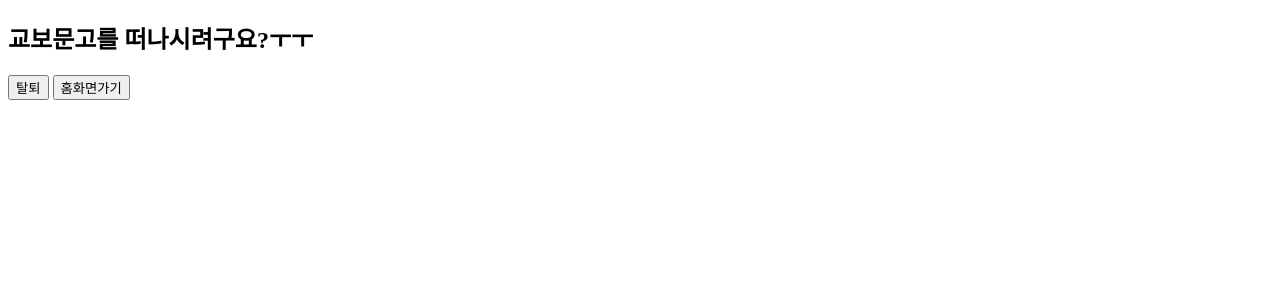
Repository: Yundanbi/Kyobo
Page: http://localhost/kyobo/member/deactvation.jsp
These files come from the project's save history. The page is drawn as it stood at one moment and after the next save; the edit follows.
The browser window is 1280 px wide. The pictures show the whole page.
The page is served by Tomcat 9. Other server files are loaded and not shown.

Above is the page before, as saved 2025-06-17 04:00:15.

### kyobo/src/main/webapp/member/deactvation.jsp
<%@ page language="java" contentType="text/html; charset=UTF-8"
pageEncoding="UTF-8"%>
<!DOCTYPE html>
<html>
<head>
<meta charset="UTF-8">
<title>회원탈퇴</title>
</head>
<body>
<form method="get" action="delete.do">
<h2>교보문고를 떠나시려구요?ㅜㅜ</h2>
<input type="submit" value="탈퇴">
<input type="button" value="홈화면가기" onclick="location.href='/kyobo/index.jsp'">
</form>

</body>
</html>

After the next save:
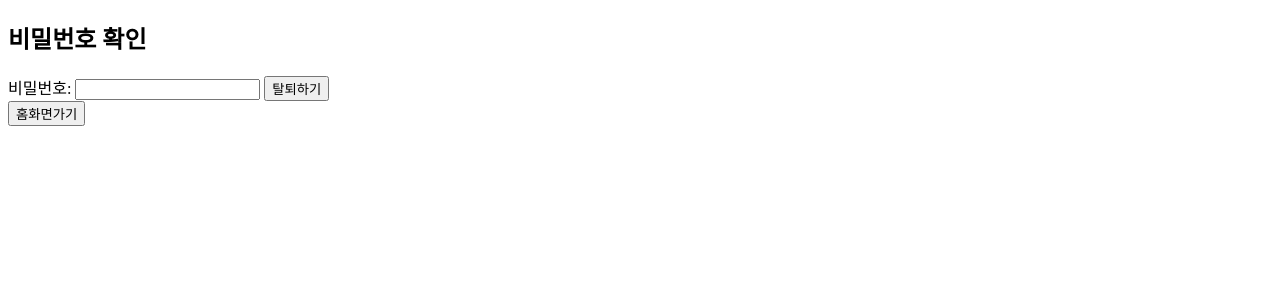
Saved 3 min 22 s later.
--- a/kyobo/src/main/webapp/member/deactvation.jsp
+++ b/kyobo/src/main/webapp/member/deactvation.jsp
@@ -1,5 +1,8 @@
 <%@ page language="java" contentType="text/html; charset=UTF-8"
 pageEncoding="UTF-8"%>
+<%
+    String path = request.getContextPath();
+%>
 <!DOCTYPE html>
 <html>
 <head>
@@ -8,8 +11,14 @@
 </head>
 <body>
 <form method="get" action="delete.do">
-<h2>교보문고를 떠나시려구요?ㅜㅜ</h2>
-<input type="submit" value="탈퇴">
+<h2>비밀번호 확인</h2>
+<c:if test="${not empty message}">
+  <p style="color:red;">${message}</p>
+</c:if>
+<form method="post" action="<%= path %>/withdraw.do">
+  비밀번호: <input type="password" name="pwd" required />
+  <input type="submit" value="탈퇴하기" />
+</form>
 <input type="button" value="홈화면가기" onclick="location.href='/kyobo/index.jsp'">
 </form>
 

After the 2 saves that followed:
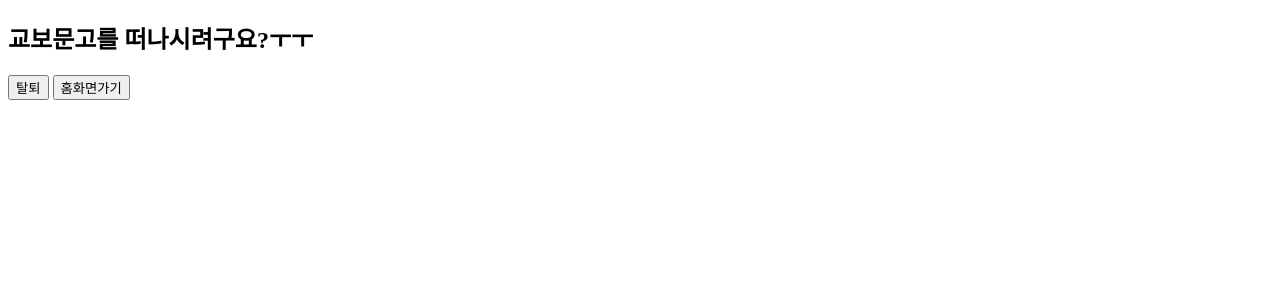
The 2 saves are shown as one change because 1 left the picture as it was.
The last was saved 2 min 37 s later.
--- a/kyobo/src/main/webapp/member/deactvation.jsp
+++ b/kyobo/src/main/webapp/member/deactvation.jsp
@@ -1,8 +1,5 @@
 <%@ page language="java" contentType="text/html; charset=UTF-8"
 pageEncoding="UTF-8"%>
-<%
-    String path = request.getContextPath();
-%>
 <!DOCTYPE html>
 <html>
 <head>
@@ -11,14 +8,8 @@
 </head>
 <body>
 <form method="get" action="delete.do">
-<h2>비밀번호 확인</h2>
-<c:if test="${not empty message}">
-  <p style="color:red;">${message}</p>
-</c:if>
-<form method="post" action="<%= path %>/withdraw.do">
-  비밀번호: <input type="password" name="pwd" required />
-  <input type="submit" value="탈퇴하기" />
-</form>
+<h2>교보문고를 떠나시려구요?ㅜㅜ</h2>
+<input type="submit" value="탈퇴">
 <input type="button" value="홈화면가기" onclick="location.href='/kyobo/index.jsp'">
 </form>
 
